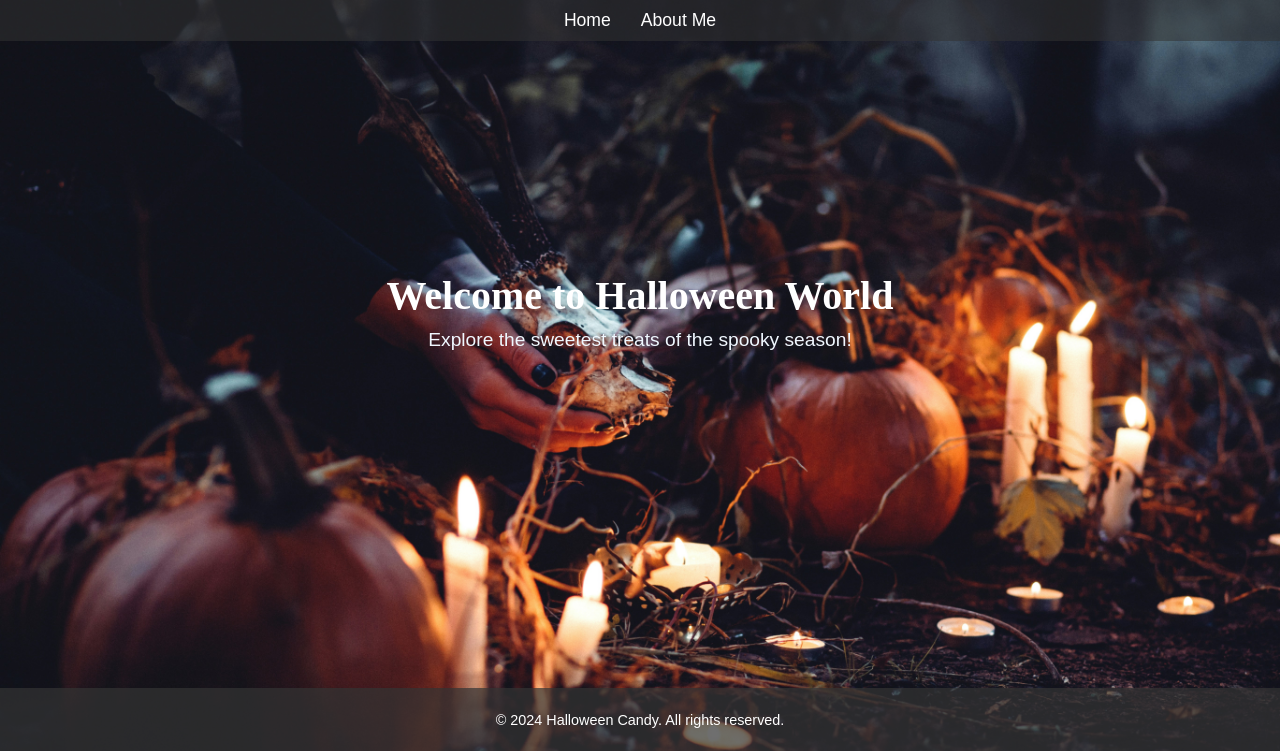
Repository: monicaifijeh/test2
Page: kyportfolio/src/indexHallo.html
The author's editor kept a copy of each file at every save. The page is drawn from the files as they stood at one save, then again after the next save.
The browser window is 1280 px wide. The pictures show the whole page.

Above is the page before, as saved 2024-12-20 18:14:17.

### kyportfolio/src/indexHallo.html
<!DOCTYPE html>
<html lang="en">
  <head>
    <meta charset="UTF-8" />
    <meta name="viewport" content="width=device-width, initial-scale=1.0" />
    <title>Halloween Candy</title>
    <link rel="stylesheet" href="kystyle.css" />
  </head>
  <body>
    <nav>
      <ul>
        <li><a href="indexHallo.html">Home</a></li>
        <li><a href="aboutHallo.html">About Me</a></li>
      </ul>
    </nav>
    <header>
      <h1>Welcome to Halloween World</h1>
      <p>Explore the sweetest treats of the spooky season!</p>
    </header>
    <!--
    <main>
      <section class="intro">
        <h2>Our Top Candies</h2>
        <p>
          Discover a wide range of Halloween candies from chocolates to gummies.
        </p>
      </section>
      <section class="intro">
        <h2>Spooky Specials</h2>
        <p>
          Limited-edition treats that will make your Halloween unforgettable!
        </p>
      </section>
    </main>
    -->
    <footer>
      <p>&copy; 2024 Halloween Candy. All rights reserved.</p>
    </footer>
  </body>
</html>

### kyportfolio/src/kystyle.css
body {
    font-family: Arial, sans-serif;
    margin: 0;
    padding: 0;
background-image: url("/kyportfolio/images/freestocks-twVS-YjQn9Y-unsplash.jpg");
background-repeat: no-repeat;
background-size: cover;
}

header {
    text-align: center;
    padding: 20px;

}

header h1 {
    margin: 0;
    font-size: 2.5rem;
   color: #fff;
   font-family: fantasy;
   margin-top: 17%;
}
.intro{
    color: aliceblue;
    text-align: center;
}

header p {
    color: aliceblue;
    margin: 10px 0;
    font-size: 1.2rem;
}

nav ul {
    display: flex;
    justify-content: center;
    list-style: none;
    padding: 10px;
    background-color: #3333338a;
    margin: 0;
    position: sticky;
}

nav ul li {
    margin: 0 15px;
}

nav ul li a {
    text-decoration: none;
    color: #fff;
    font-size: 1.1rem;
}

nav ul li a:hover {
    text-decoration: underline;
}

main {
    padding: 20px;
    box-sizing: border-box;
    display: block;

}

section {
    margin-bottom: 20px;
}

footer {
    margin-top: 24%;
    text-align: center;
    padding: 10px;
    background-color: #333333b4;
    color: #fff;
    font-size: 0.9rem;
    position: sticky;

}

After the next save:
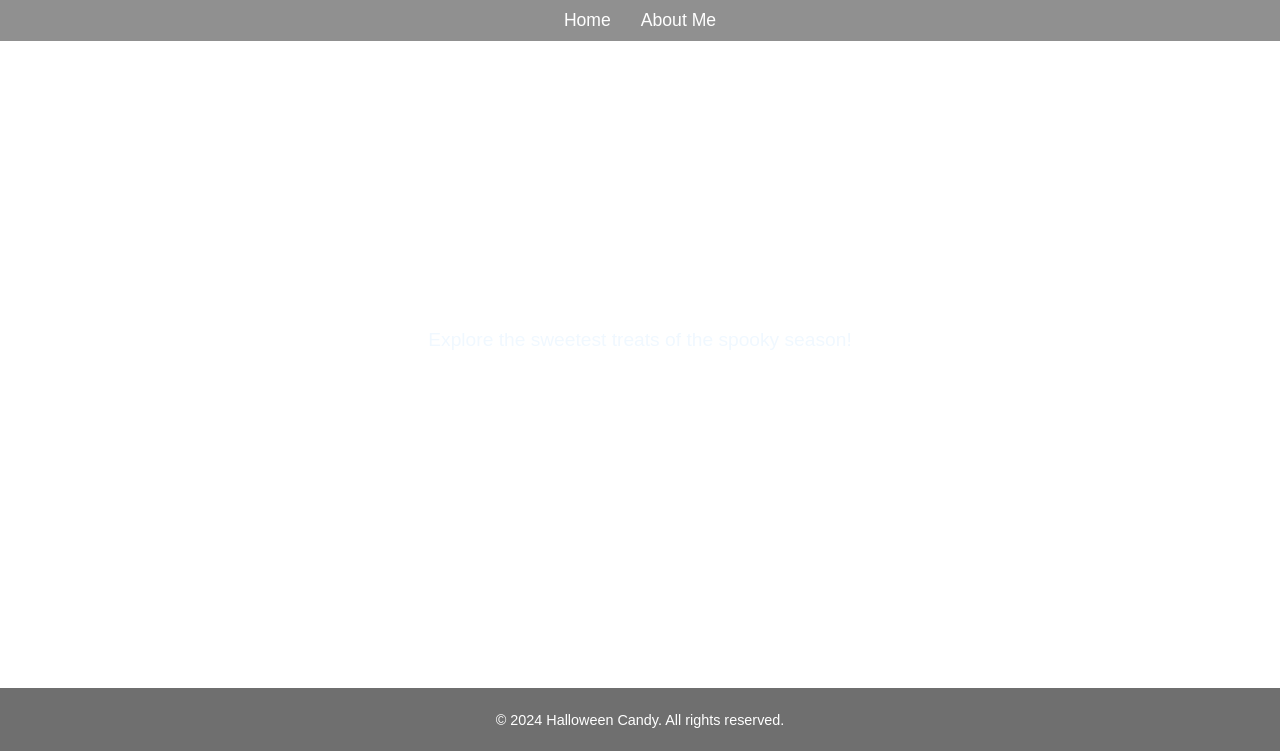
Saved 26 h 10 min later.
--- a/kyportfolio/src/kystyle.css
+++ b/kyportfolio/src/kystyle.css
@@ -2,7 +2,7 @@ body {
     font-family: Arial, sans-serif;
     margin: 0;
     padding: 0;
-background-image: url("/kyportfolio/images/freestocks-twVS-YjQn9Y-unsplash.jpg");
+background-image: url("");
 background-repeat: no-repeat;
 background-size: cover;
 }
